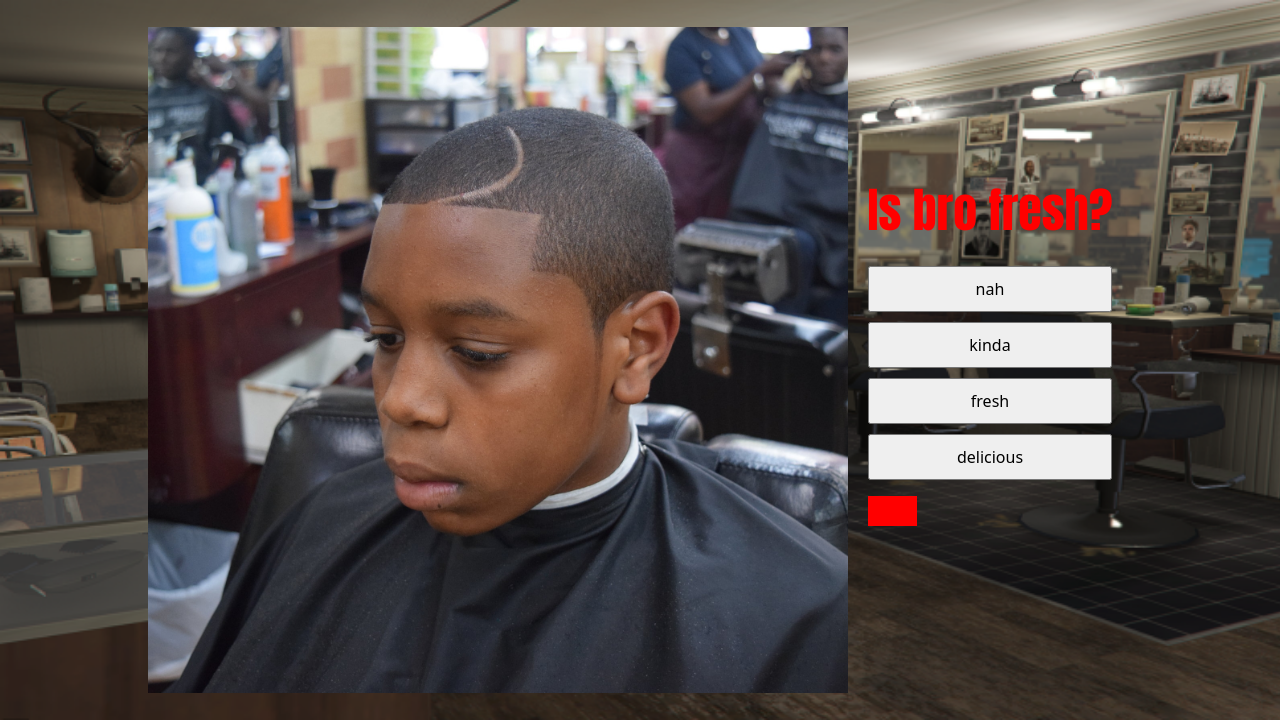
Repository: anderscederberg11/unhandledRuntimeError.json
Page: Henver/henver2.html
These files come from the project's save history. The page is drawn as it stood at one moment and after the next save; the edit follows.
The browser window is 1280 px wide. The pictures show the whole page.

Above is the page before, as saved 2024-05-24 19:53:07.

After the next save:
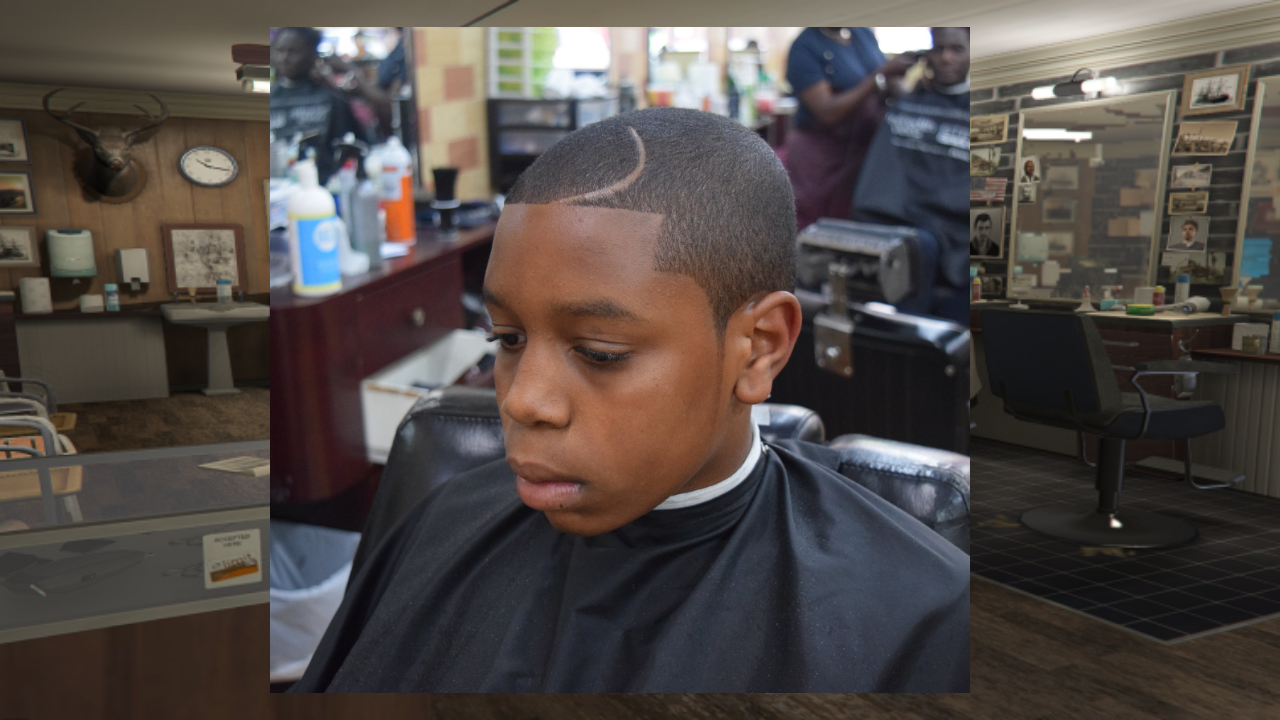
Saved 70 s later.
--- a/Henver/henver2.html
+++ b/Henver/henver2.html
@@ -90,15 +90,16 @@
 
         function playSound() {
             const audio = new Audio('/Henver/imgs/Its just alcohol.mp3');
-            audio.volume = 1.3;
+            audio.volume = 0.9;
         audio.play();
         }
 
         function redirect() {
             window.location.href = "henver3.html";
         }
-
-        loadQuestion();
+        var audio = document.getElementById("background-music");
+        audio.volume = 0.5;
+        audio.play();
     </script>
 </body>
 </html>

After the save that followed:
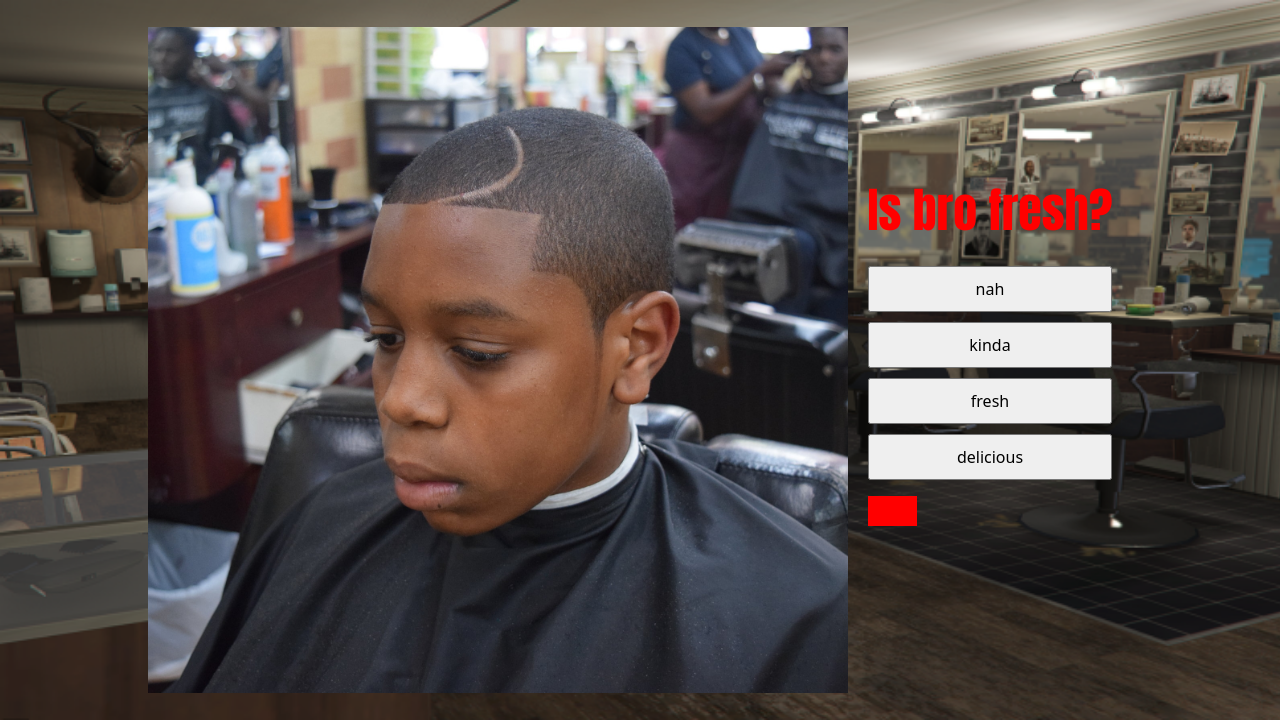
Saved 12 s later.
--- a/Henver/henver2.html
+++ b/Henver/henver2.html
@@ -90,16 +90,15 @@
 
         function playSound() {
             const audio = new Audio('/Henver/imgs/Its just alcohol.mp3');
-            audio.volume = 0.9;
+            audio.volume = 1.3;
         audio.play();
         }
 
         function redirect() {
             window.location.href = "henver3.html";
         }
-        var audio = document.getElementById("background-music");
-        audio.volume = 0.5;
-        audio.play();
+
+        loadQuestion();
     </script>
 </body>
 </html>
